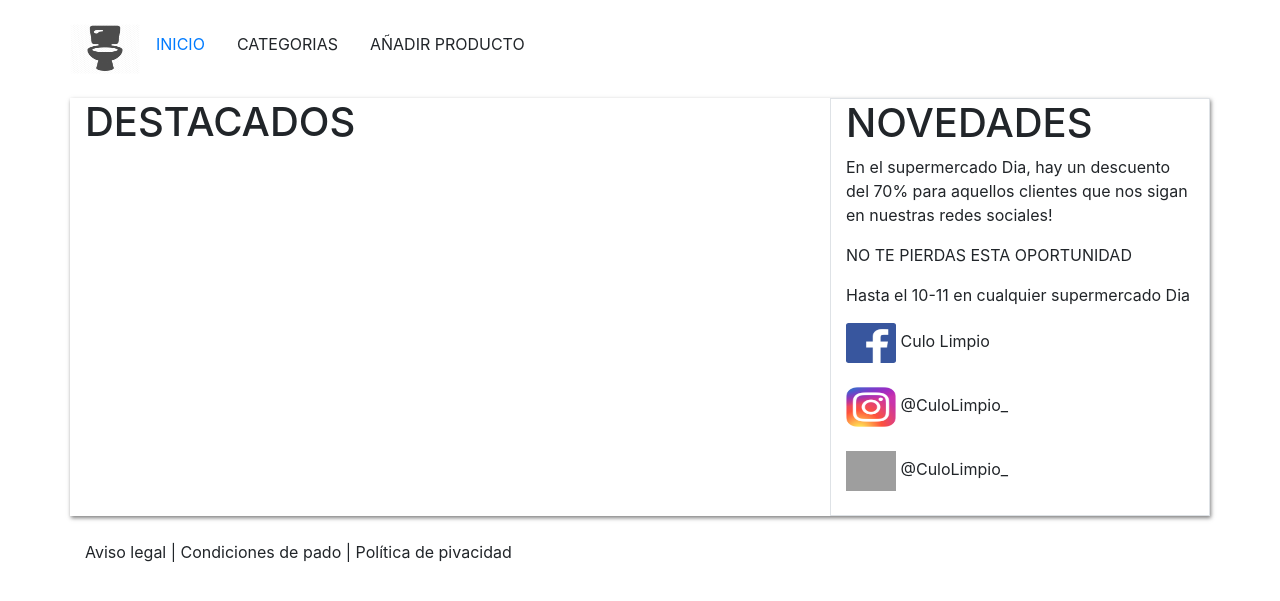
Repository: luninez/AD2018
Page: http://localhost/index
An editor plug-in stored every save of this project. The page is shown before and after the next save, followed by the edit.
The browser window is 1280 px wide. The pictures show the whole page.
Pictures or frames that could not be fetched are drawn as grey boxes. The page is this project's Thymeleaf template; nobody is signed in. The template is opened directly, without the code that normally fills it, so the values that code supplies are empty.

Above is the page before, as saved 2018-10-18 21:16:39.

After the next save:
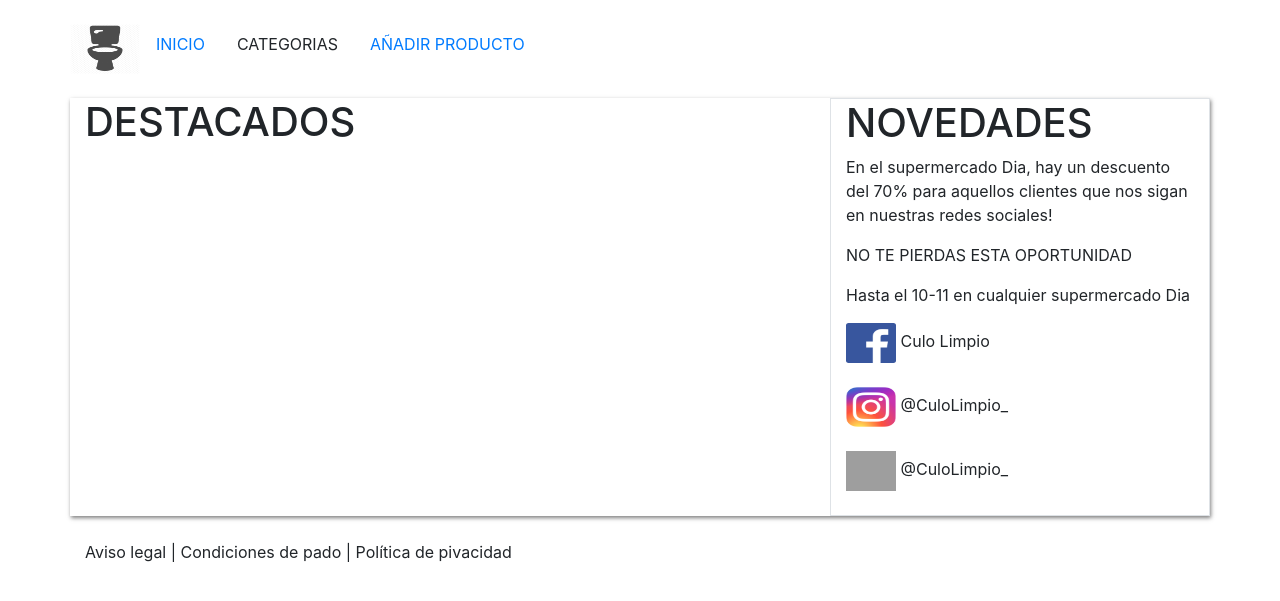
Saved 7 s later.
--- a/Proyecto/Proyecto Productos - copia/CatalogoProductos/src/main/resources/templates/index.html
+++ b/Proyecto/Proyecto Productos - copia/CatalogoProductos/src/main/resources/templates/index.html
@@ -44,7 +44,7 @@
                     </div>
                 </li>
                 <li class="nav-item">
-                    <a class="nav-link" th:herf="@{/add.html}">AÑADIR PRODUCTO</a>
+                    <a class="nav-link" th:href="@{/add.html}">AÑADIR PRODUCTO</a>
                 </li>
             </ul>
         </div>
